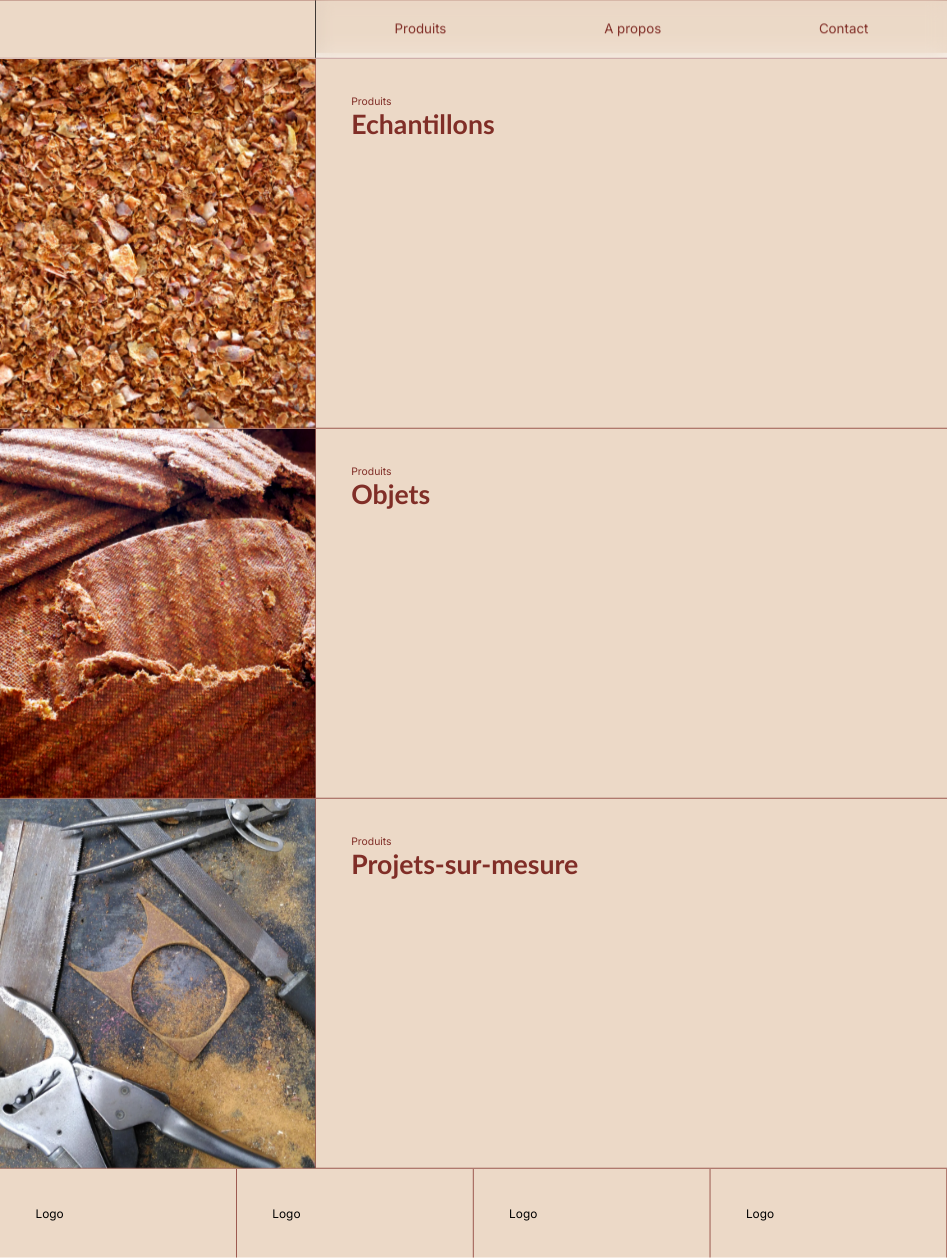
Repository: Neewd/adaozan
Page: /
The author's editor kept a copy of each file at every save. The page is drawn from the files as they stood at one save, then again after the next save.
The browser window is 1280 px wide. The pictures show the part of the page from y = 648 to 2348 px (the page is 2348 px tall), at 74% of full size.
The project was rebuilt for these pictures with package versions that can differ from the ones it lists, and the page was loaded fresh each time. The framework's server and built-in components were replaced by stand-ins that run in the browser. Also part of the build but not shown: next.config.js.

Above is the page before, as saved 2023-08-10 15:17:27.

### app/page.tsx
import Image from "next/image";
import { Metadata } from "next";
import { ProductHero, ProductHeroProps } from "./components/ProductHero";
import { LogoCloud } from "./components/LogoCloud";

export const metadata: Metadata = {
	title: "Adaozañ",
	description: "Terme breton, définition: recycler, revaloriser",
};

const products: ProductHeroProps[] = [
	{
		imageUrl: "/img/marc-de-pomme-sec.webp",
		title: "Produits",
		subtitle: "Echantillons",
	},
	{
		imageUrl: "/img/marc-de-pomme.webp",
		title: "Produits",
		subtitle: "Objets",
	},
	{
		imageUrl: "/img/transformation.webp",
		title: "Produits",
		subtitle: "Projets-sur-mesure",
	},
];

const logos: string[] = ["logo1.png", "logo2.png", "logo3.png", "logo4.png"];

export default function Home() {
	return (
		<div className="h-screen w-full bg-cream-100 relative h-min">
			<div className="flex top-0 sticky w-full z-1 h-[90vh]">
				<div className="basis-4/12 p-12 border-r border-brown-100">
					<Image
						src="/img/logo.png"
						width={500}
						height={500}
						alt="Logo Adaozan"
					/>
				</div>
				<div className="basis-8/12 relative">
					<Image
						className="object-cover"
						src="/img/valorisation-marc-de-pomme.webp"
						fill={true}
						alt="Valorisation marc de pomme"
					/>
				</div>
			</div>

			<div className="flex h-20 border-y border-brown-100 z-20 sticky top-0 ">
				<div className="basis-4/12 border-r px-6 flex items-center bg-cream-100"></div>
				<div className="basis-8/12 flex justify-around items-center h-full bg-cream-100/40 backdrop-blur-md">
					<div className="text-brown-100 text-lg">Produits</div>
					<div className="text-brown-100 text-lg">A propos</div>
					<div className="text-brown-100 text-lg">Contact</div>
				</div>
			</div>

			<div className="flex z-10 relative flex-col">
				{products.map((product) => {
					return (
						<ProductHero
							key={product.title}
							imageUrl={product.imageUrl}
							title={product.title}
							subtitle={product.subtitle}
						/>
					);
				})}
			</div>
			<div>
				<LogoCloud logos={logos} />
			</div>
		</div>
	);
}

### app/components/ProductHero.tsx
import Image from "next/image";

export interface ProductHeroProps {
	imageUrl: string;
	imageAlt?: string;
	title: string;
	subtitle: string;
}

export const ProductHero = ({
	imageUrl,
	imageAlt,
	title,
	subtitle,
}: ProductHeroProps) => {
	return (
		<div className="flex w-full h-[500px] bg-cream-100 cursor-pointer">
			<div className="flex basis-4/12 relative border-b border-brown-100">
				<Image
					className="object-cover border-r border-brown-100"
					src={imageUrl}
					fill={true}
					alt={imageAlt ?? ""}
				/>
			</div>
			<div className="flex basis-8/12 relative gap-3 flex-col border-b border-brown-100">
				<div className="sticky p-12  top-24">
					<div className="text-sm text-brown-100">{title}</div>
					<div className="text-4xl text-brown-100 font-semibold font-heading">
						{subtitle}
					</div>
				</div>
			</div>
		</div>
	);
};

### app/components/LogoCloud.tsx
import Image from "next/image";

export const LogoCloud = ({ logos }: { logos: string[] }) => {
	return (
		<div className="flex w-full bg-cream-100 ">
			{logos.map((logo) => {
				return (
					<div
						className="px-12 py-12 flex-1 border-r border-brown-100"
						key={logo}
					>
						Logo
					</div>
				);
			})}
		</div>
	);
};

Loaded but not shown: app/layout.tsx (common file); app/globals.css (common file); tailwind.config.js (common file)

After the next save:
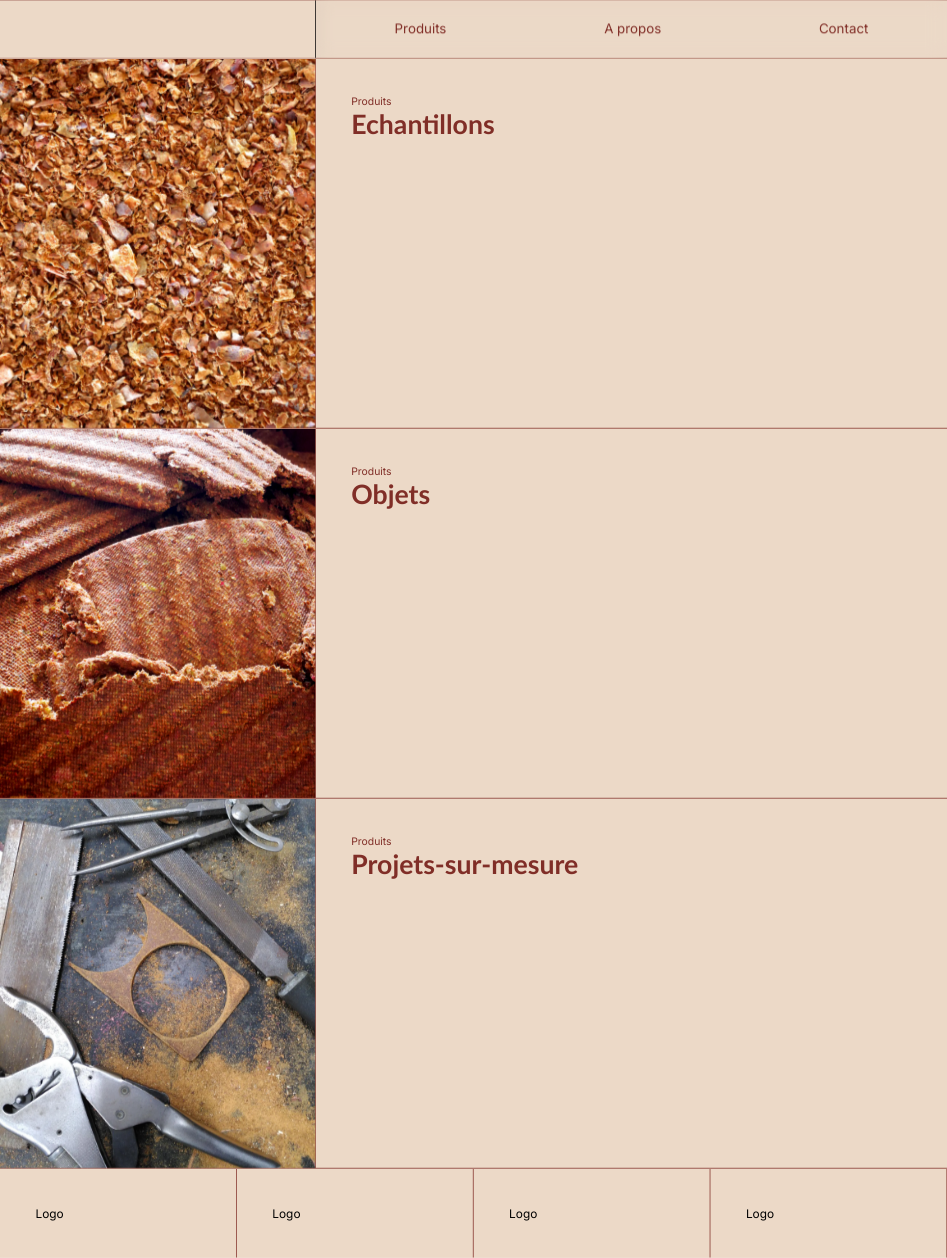
Saved 5 h 35 min later.
--- a/app/page.tsx
+++ b/app/page.tsx
@@ -30,7 +30,7 @@
 
 export default function Home() {
 	return (
-		<div className="h-screen w-full bg-cream-100 relative h-min">
+		<div className="w-full bg-cream-100 relative h-min min-h-full">
 			<div className="flex top-0 sticky w-full z-1 h-[90vh]">
 				<div className="basis-4/12 p-12 border-r border-brown-100">
 					<Image
